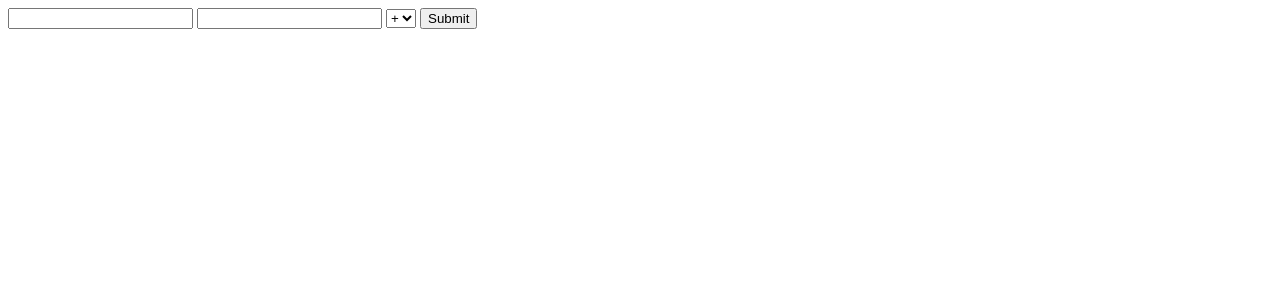
Repository: songhak1226/Web_Server
Page: Ex03JSP/src/main/webapp/Ex03.html
These files come from the project's save history. The page is drawn as it stood at one moment and after the next save; the edit follows.
The browser window is 1280 px wide. The pictures show the whole page.

Above is the page before, as saved 2023-05-15 07:34:55.

After the next save:
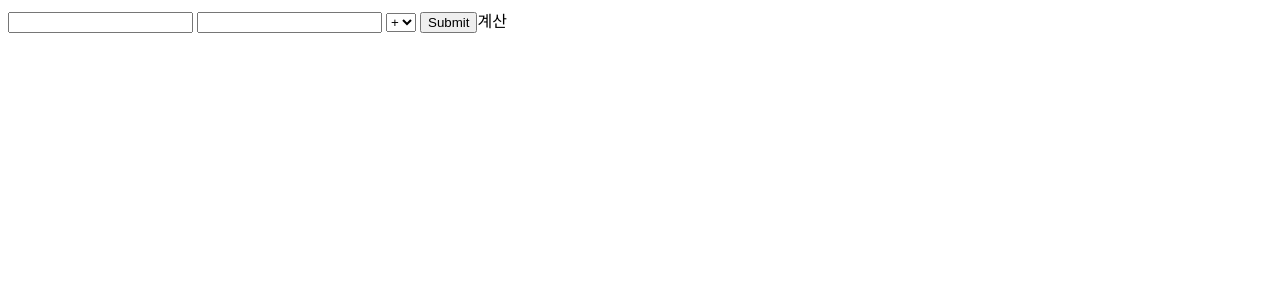
Saved 61 s later.
--- a/Ex03JSP/src/main/webapp/Ex03.html
+++ b/Ex03JSP/src/main/webapp/Ex03.html
@@ -13,7 +13,7 @@
 			<option value="mul">*</option>
 			<option value="div">/</option>
 		</select>
-		<input type="submit">
+		<input type="submit">계산
 	</form>
 </body>
 </html>

After the save that followed:
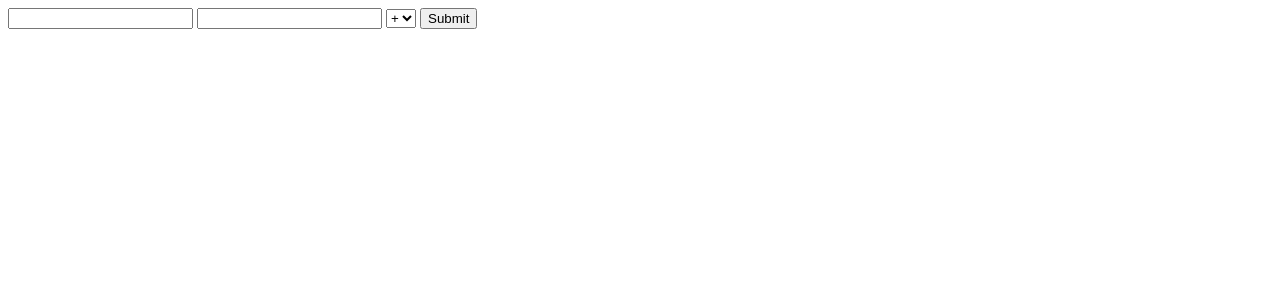
Saved 45 s later.
--- a/Ex03JSP/src/main/webapp/Ex03.html
+++ b/Ex03JSP/src/main/webapp/Ex03.html
@@ -13,7 +13,7 @@
 			<option value="mul">*</option>
 			<option value="div">/</option>
 		</select>
-		<input type="submit">계산
+		<input type="submit">
 	</form>
 </body>
 </html>
